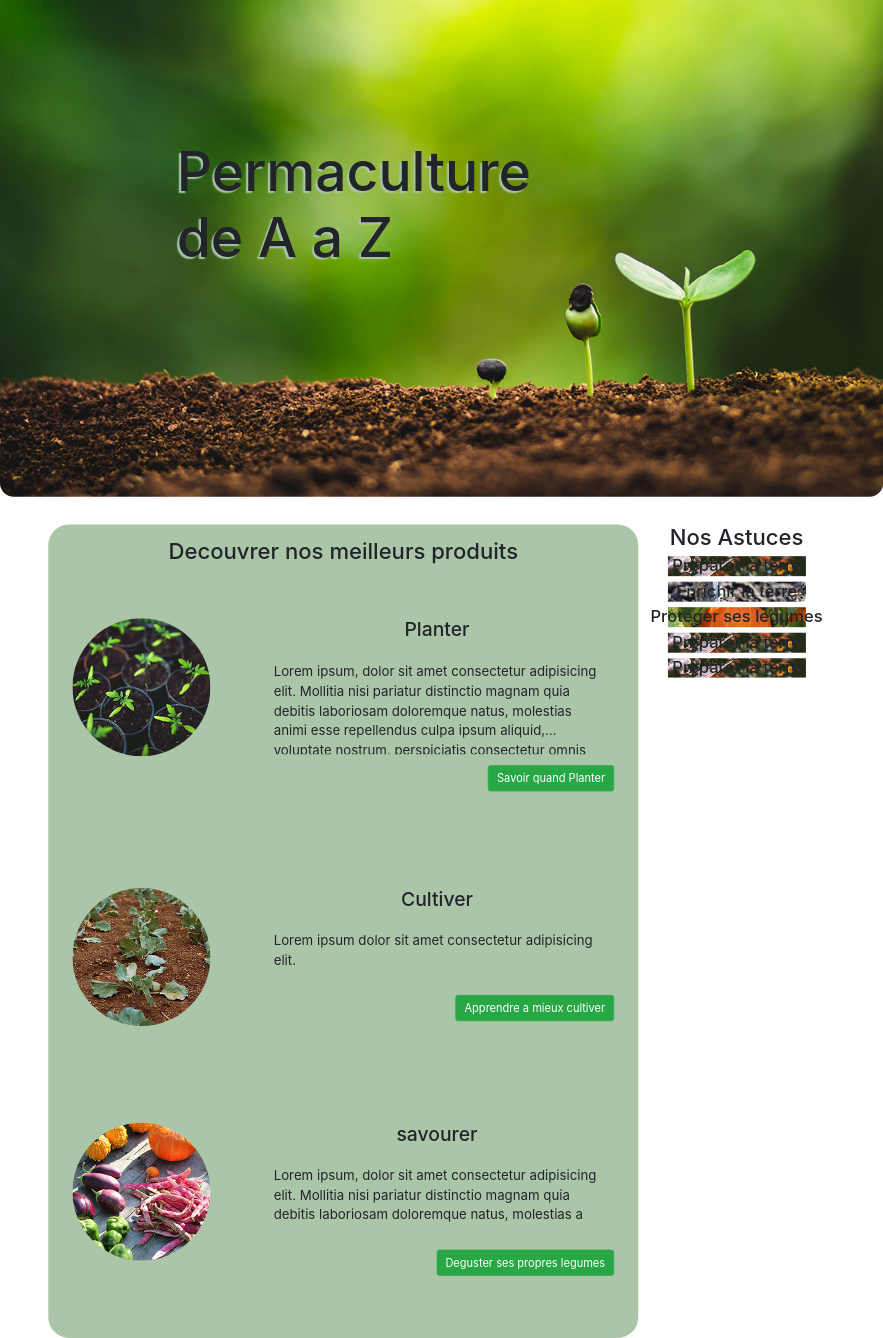
Repository: ahthionkevin/permaculture
Page: index.html
These files come from the project's save history. The page is drawn as it stood at one moment and after the next save; the edit follows.
The browser window is 1280 px wide. The pictures show the whole page, at 69% of full size.
Backgrounds fixed to the window are drawn as part of the page.

Above is the page before, as saved 2021-07-06 22:08:17.

### index.html
<!DOCTYPE html>
<html lang="fr">
<head>
    <meta charset="UTF-8">
    <meta http-equiv="X-UA-Compatible" content="IE=edge">
    <meta name="viewport" content="width=device-width, initial-scale=1.0">
    <title>Document</title>
    <link rel="stylesheet" href="./bootstrap.css">
    <link rel="stylesheet" href="./style.css">
</head>
<body>
    <header>
        <h1>Permaculture <br>de A a Z</h1>
    </header>
    <div class="container">
        <div class="row">
            <div class="col-lg-9" id="leftPart">
                <h2>Decouvrer nos meilleurs produits</h2>
                <div class="container">
                    <div class="row element">
                        <div class="col-sm-4">
                            <img src="./media/planter.jpg" alt="planter">
                        </div>
                        <div class="col-sm-8">
                            <h3>Planter</h3>
                            <p>Lorem ipsum, dolor sit amet consectetur adipisicing elit. Mollitia nisi pariatur distinctio magnam quia debitis laboriosam doloremque natus, molestias animi esse repellendus culpa ipsum aliquid, voluptate nostrum, perspiciatis consectetur omnis ipsa beatae? Debitis commodi rem voluptatum porro illo accusantium voluptas.</p>
                            <div class="bouton">
                                <button class="btn btn-success">Savoir quand Planter</button>
                            </div>

                        </div>
                    </div>

                    <div class="row element">
                        <div class="col-sm-4">
                            <img src="./media/cultiver.jpg" alt="cultiver">
                        </div>
                        <div class="col-sm-8">
                            <h3>Cultiver</h3>
                            <p>Lorem ipsum dolor sit amet consectetur adipisicing elit.</p>
                            <div class="bouton">
                                <button class="btn btn-success">Apprendre a mieux cultiver</button>
                            </div>

                        </div>
                    </div>

                    <div class="row element">
                        <div class="col-sm-4">
                            <img src="./media/savourer.jpg" alt="savourer">
                        </div>
                        <div class="col-sm-8">
                            <h3>savourer</h3>
                            <p>Lorem ipsum, dolor sit amet consectetur adipisicing elit. Mollitia nisi pariatur distinctio magnam quia debitis laboriosam doloremque natus, molestias a</p>
                            <div class="bouton">
                                <button class="btn btn-success">Deguster ses propres legumes</button>
                            </div>

                        </div>
                    </div>
                </div>
            </div>

            <div class="col-lg-3" id="rightPart">
                <h2>Nos Astuces</h2>
                <div class="tips" style="background: url(./media/preparer.jpeg) no-repeat 50% 50%;">
                    <h4>Preparer la terre</h4>
                </div>

                <div class="tips" style="background: url(./media/enrichir.jpeg) no-repeat 50% 50%;">
                    <h4>Enrichir la terre</h4>
                </div>

                <div class="tips" style="background: url(./media/proteger.jpg) no-repeat 50% 50%;">
                    <h4>Proteger ses legumes</h4>
                </div>

                <div class="tips" style="background: url(./media/preparer.jpeg) no-repeat 50% 50%;">
                    <h4>Preparer la terre</h4>
                </div>

                <div class="tips" style="background: url(./media/preparer.jpeg) no-repeat 50% 50%;">
                    <h4>Preparer la terre</h4>
                </div>
            </div>
        </div>
    </div>

</body>
</html>

### style.css
html{
    scroll-behavior: smooth;
}

h2, h3, h4, .nav-item, #transition, footer{
    text-align: center;
}

header{
    background: url(./media/main.jpg) no-repeat fixed 50% 50%;
    background-size: cover;
    height: 100vh;
    border-radius: 0 0 20px 20px;
    margin-bottom: 40px;
}

h1{
    font-size: 5rem;
    padding: 200px 0 0 20%;
    text-shadow: -3px 3px 2px #abc5a9;
    animation: titre ease 3.5s;
}

@keyframes titre {
    0%{
        opacity: 0;
        transform: translate(0px,180px);
    }
    100%{
        opacity: 1;
        transform: translate(0px,0px);
    }
}


/* *******************LEFT PART***************** */
#leftPart{
    background-color: #abc5a9;
    border-radius: 30px;
    padding: 20px;
}

.element{
    padding: 70px 0;
}

.element img{
    border-radius: 50%;
    width: 200px;
}

.element p{
    font-size: 1.2rem;
    display: -webkit-box;
    -webkit-box-orient: vertical;
    -webkit-line-clamp: 4;
    overflow: hidden;
    padding: 20px;
}
.element .bouton{
    text-align: right;
    max-width: 15px 4% 0 0;
}

Loaded but not shown: bootstrap.css (library)

After the next save:
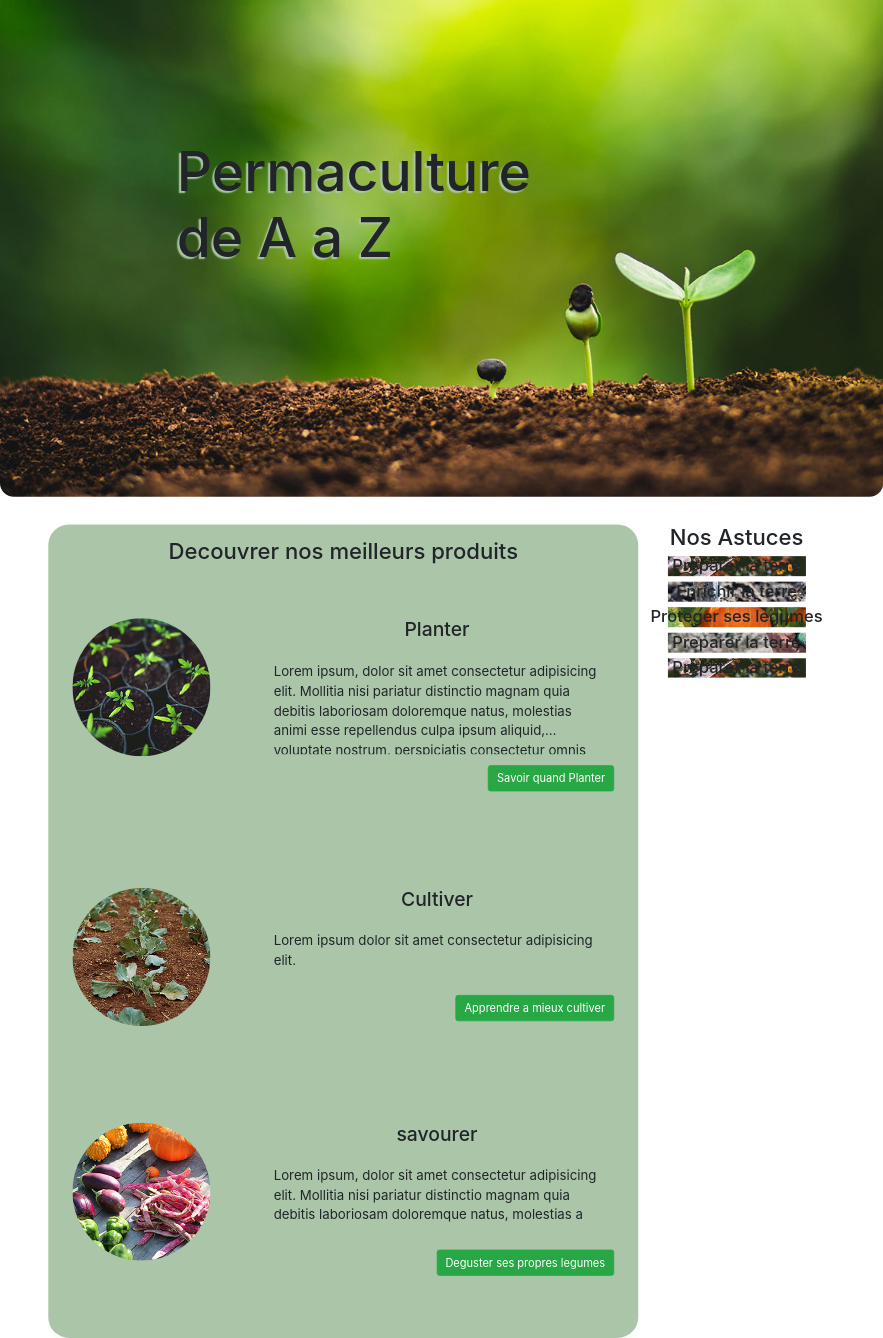
Saved 12 s later.
--- a/index.html
+++ b/index.html
@@ -75,7 +75,7 @@
                     <h4>Proteger ses legumes</h4>
                 </div>
 
-                <div class="tips" style="background: url(./media/preparer.jpeg) no-repeat 50% 50%;">
+                <div class="tips" style="background: url(./media/arroser.jpg) no-repeat 50% 50%;">
                     <h4>Preparer la terre</h4>
                 </div>
 
